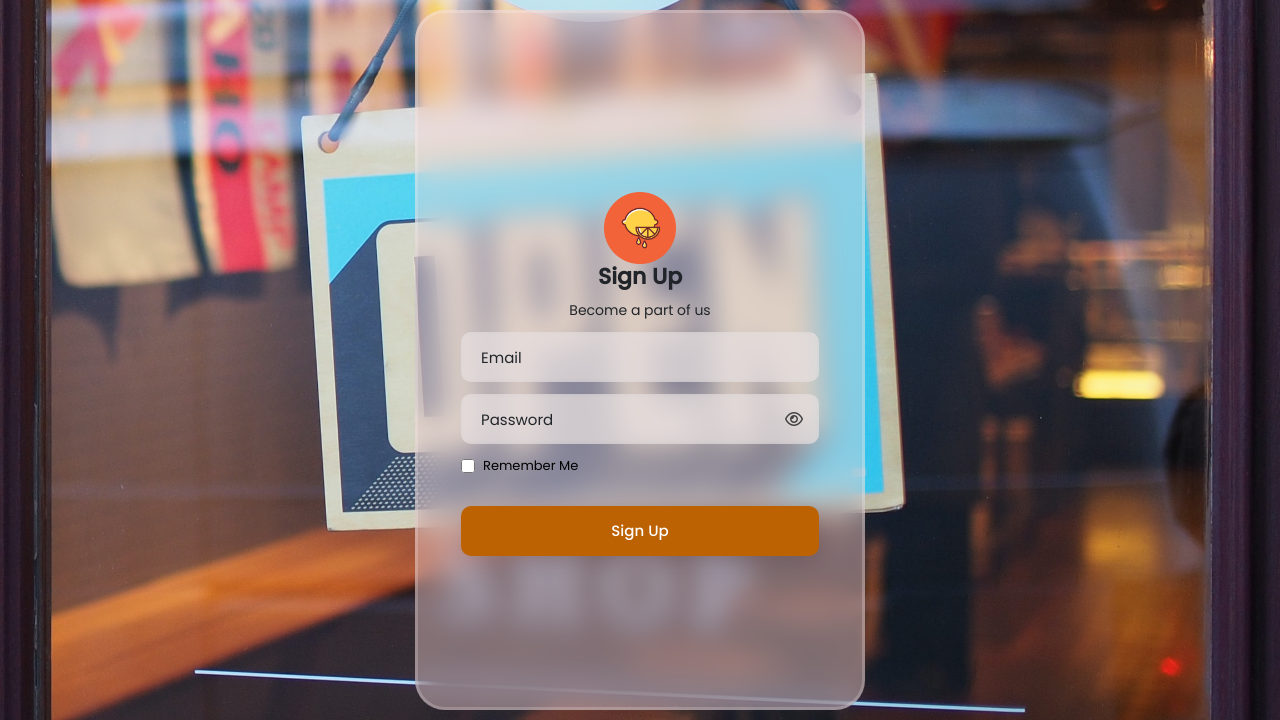
Repository: MauDucKG/BigFarm
Page: http://localhost/BigFarm/views/main/login/index.php
An editor plug-in stored every save of this project. The page is shown before and after the next save, followed by the edit.
The browser window is 1280 px wide. The pictures show the whole page.
Some web libraries are served in a nearby version. The page is run by PHP 8.4 with error messages shown; the project is at /var/www/html/.

Above is the page before, as saved 2023-04-26 22:54:19.

After the next save:
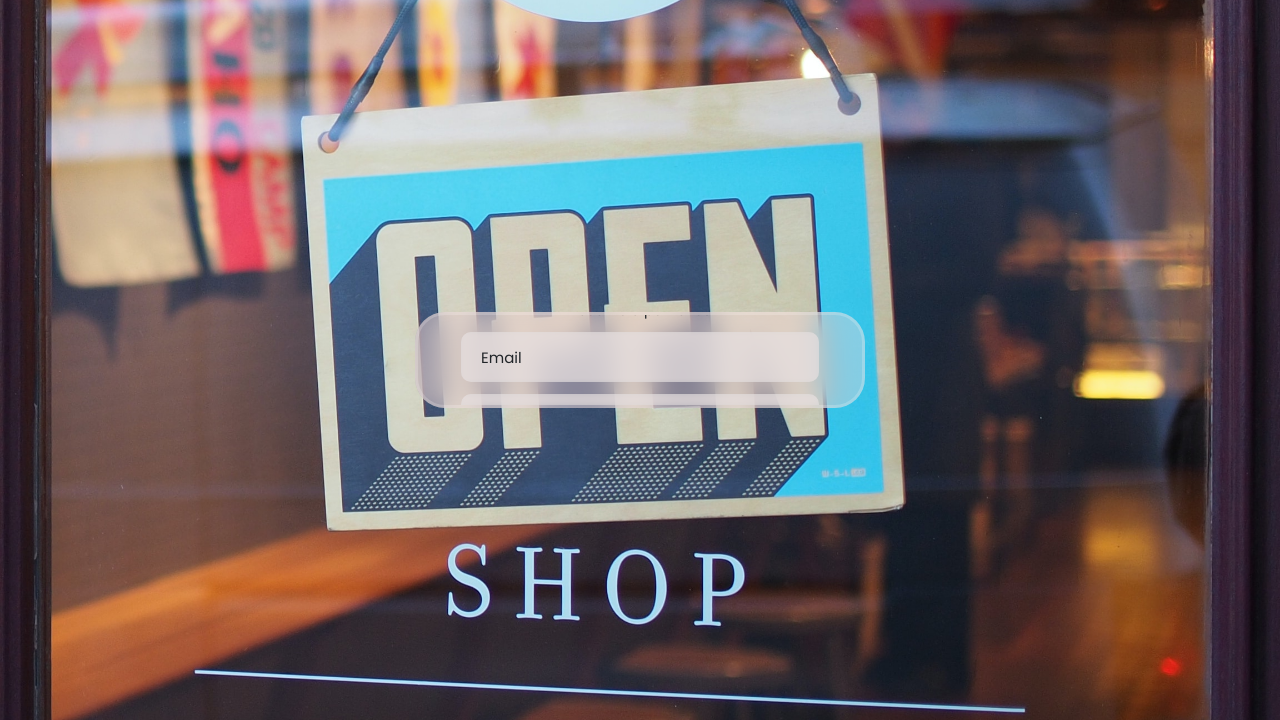
Saved 9 s later.
--- a/assets/stylesheets/login.css
+++ b/assets/stylesheets/login.css
@@ -26,7 +26,7 @@ body{
     align-items: center;
     position: relative;
     padding: 60px 20px 30px 20px;
-    height: 700px;
+    height: 0px;
     width: 450px;
     background-color: rgba(255, 220, 220, 0.4);
     border-radius: 30px;
